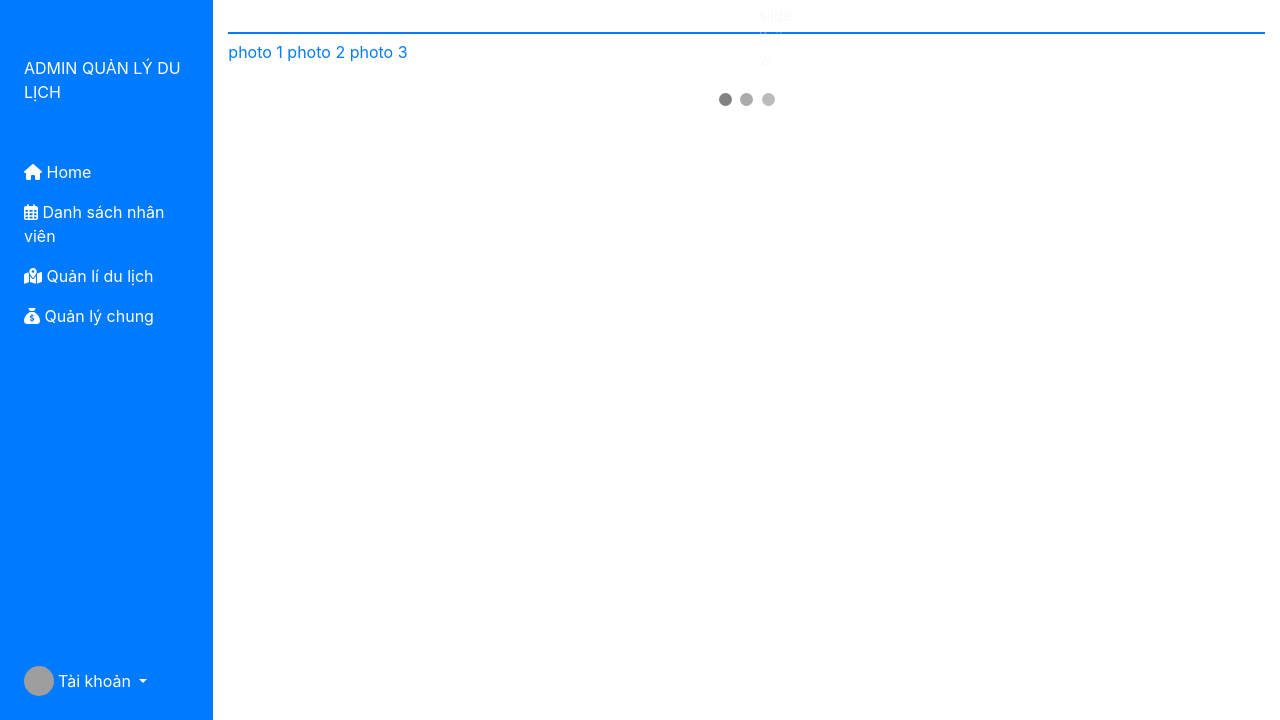
Repository: vantohuu/BOOKINGTOUR
Page: http://localhost/BOOKINGTOUR/WEB-INF/views/home/homeshow.jsp
These files come from the project's save history. The page is drawn as it stood at one moment and after the next save; the edit follows.
The browser window is 1280 px wide. The pictures show the whole page.
Pictures or frames that could not be fetched are drawn as grey boxes. Some web libraries are served in a nearby version. The page is served by Tomcat 9. Nobody is signed in. Other server files are loaded and not shown. The template is opened directly, without the code that normally fills it, so the values that code supplies are empty.

Above is the page before, as saved 2023-06-04 08:00:52.

### BOOKINGTOUR/src/main/webapp/WEB-INF/views/home/homeshow.jsp
<%@ page language="java" contentType="text/html; charset=UTF-8"
    pageEncoding="UTF-8"%>
        <%@ taglib uri="http://java.sun.com/jstl/core_rt" prefix="c"%>
<%@ taglib uri="http://java.sun.com/jstl/fmt_rt" prefix="f"%>
<!DOCTYPE html>
<html>

<head>

<meta charset="UTF-8">
<base href="${ pageContext.servletContext.contextPath}/">

<link rel="stylesheet"
	href="https://cdn.jsdelivr.net/npm/bootstrap@4.6.2/dist/css/bootstrap.min.css"
	integrity="sha384-xOolHFLEh07PJGoPkLv1IbcEPTNtaed2xpHsD9ESMhqIYd0nLMwNLD69Npy4HI+N"
	crossorigin="anonymous">

<link rel="stylesheet"
	href="https://cdnjs.cloudflare.com/ajax/libs/font-awesome/6.3.0/css/all.min.css"
	integrity="sha512-SzlrxWUlpfuzQ+pcUCosxcglQRNAq/DZjVsC0lE40xsADsfeQoEypE+enwcOiGjk/bSuGGKHEyjSoQ1zVisanQ=="
	crossorigin="anonymous" referrerpolicy="no-referrer" />

<script
	src="https://cdn.jsdelivr.net/npm/jquery@3.5.1/dist/jquery.slim.min.js"
	integrity="sha384-DfXdz2htPH0lsSSs5nCTpuj/zy4C+OGpamoFVy38MVBnE+IbbVYUew+OrCXaRkfj"
	crossorigin="anonymous"></script>
<script
	src="https://cdn.jsdelivr.net/npm/popper.js@1.16.1/dist/umd/popper.min.js"
	integrity="sha384-9/reFTGAW83EW2RDu2S0VKaIzap3H66lZH81PoYlFhbGU+6BZp6G7niu735Sk7lN"
	crossorigin="anonymous"></script>
<script
	src="https://cdn.jsdelivr.net/npm/bootstrap@4.6.2/dist/js/bootstrap.min.js"
	integrity="sha384-+sLIOodYLS7CIrQpBjl+C7nPvqq+FbNUBDunl/OZv93DB7Ln/533i8e/mZXLi/P+"
	crossorigin="anonymous"></script>
<title>Admin quản lý du lịch</title>
<style>
	img{
	max-height:500px;
	max-width:1200px
	}
</style>
 <style>
          * {
            box-sizing:border-box
          }
          h2 {
            text-align: center;
          }
          /* Slideshow container */
          .slideshow-container {
            max-width: 1200px;
            position: relative;
            margin: auto;
            max-heigth:500px;
          }
          /* Ẩn các slider */
          .mySlides {
              display: none;
          }
          /* Định dạng nội dung Caption */
          .text {
            color: #f2f2f2;
            font-size: 15px;
            padding: 8px 12px;
            position: absolute;
            bottom: 8px;
            width: 100%;
            text-align: center;
          }

          /* định dạng các chấm chuyển đổi các slide */
          .dot {
            cursor:pointer;
            height: 13px;
            width: 13px;
            margin: 0 2px;
            background-color: #bbb;
            border-radius: 50%;
            display: inline-block;
            transition: background-color 0.6s ease;
          }
          /* khi được hover, active đổi màu nền */
          .active, .dot:hover {
            background-color: #717171;
          }

          /* Thêm hiệu ứng khi chuyển đổi các slide */
          .fade {
            -webkit-animation-name: fade;
            -webkit-animation-duration: 3s;
            animation-name: fade;
            animation-duration: 3s;
          }

          @-webkit-keyframes fade {
            from {opacity: .4}
            to {opacity: 1}
          }

          @keyframes fade {
            from {opacity: .4}
            to {opacity: 1}
          }
        </style>
</head>
<body>
<div class="container-fluid">
		<div class="row flex-nowrap">
   <%@ include file="../includes/Navbarc1.jsp" %>
	 <div class="col py-3">

	<marquee style="border:#007bff 1px SOLID">${company.slogan }</marquee>
	<%-- <div class="col">
	<div class="row">
</div>
<div class="row">
<label for="recipient-name" class="col-form-label">${company.name }</label>
<label for="recipient-name" class="col-form-label">${company.slogan }</label>
<img src="${company.logo1}">
<img src="${company.logo2}">
<img src="${company.logo3}">
</div>
	<div class="row">
	</div>
	</div>


</div> --%>
<div     text-align: center;>
		<p style="
    display: inline;
"><a href="#"class="link-success link-offset-2 link-underline-opacity-25 link-underline-opacity-100-hover">photo 1</a></p>
		<p style="
    display: inline;
"><a href="#" class="link-success link-offset-2 link-underline-opacity-25 link-underline-opacity-100-hover">photo 2</a></p>
		<p style="
    display: inline;
"><a href="#" class="link-success link-offset-2 link-underline-opacity-25 link-underline-opacity-100-hover">photo 3</a></p>
        </div>
<div class="row">
<div class="slideshow-container">

        <div class="mySlides fade">
          <img src="${company.logo1}" style="width:100%">
          <div class="text">Nội dung caption của slide đầu tiên!</div>
        </div>

        <div class="mySlides fade">
          <img src="${company.logo2}" style="width:100%">
          <div class="text">Nội dung caption của slide thứ 2!</div>
        </div>

        <div class="mySlides fade">
          <img src="${company.logo3}" style="width:100%">
          <div class="text">Nội dung caption của slide thứ 3!</div>
        </div>
      </div>
      <br>
</div>
<div class="row">
      <div style="text-align:center;margin: auto;">
        <span class="dot" onclick="currentSlide(0)"></span>
        <span class="dot" onclick="currentSlide(1)"></span>
        <span class="dot" onclick="currentSlide(2)"></span>
      </div>
</div>
</div>
</div>


		</div>
    </body>
    <script>
      //khai báo biến slideIndex đại diện cho slide hiện tại
      var slideIndex;
      // KHai bào hàm hiển thị slide
      function showSlides() {
          var i;
          var slides = document.getElementsByClassName("mySlides");
          var dots = document.getElementsByClassName("dot");
          for (i = 0; i < slides.length; i++) {
             slides[i].style.display = "none";
          }
          for (i = 0; i < dots.length; i++) {
              dots[i].className = dots[i].className.replace(" active", "");
          }

          slides[slideIndex].style.display = "block";
          dots[slideIndex].className += " active";
          //chuyển đến slide tiếp theo
          slideIndex++;
          //nếu đang ở slide cuối cùng thì chuyển về slide đầu
          if (slideIndex > slides.length - 1) {
            slideIndex = 0
          }
          //tự động chuyển đổi slide sau 5s
          setTimeout(showSlides, 5000);
      }
      //mặc định hiển thị slide đầu tiên
      showSlides(slideIndex = 0);


      function currentSlide(n) {
        showSlides(slideIndex = n);
      }
    </script>
<script
		src="https://cdn.jsdelivr.net/npm/bootstrap@5.3.0-alpha1/dist/js/bootstrap.bundle.min.js"
		integrity="sha384-w76AqPfDkMBDXo30jS1Sgez6pr3x5MlQ1ZAGC+nuZB+EYdgRZgiwxhTBTkF7CXvN"
		crossorigin="anonymous"></script>
</html>

### BOOKINGTOUR/src/main/webapp/WEB-INF/views/includes/Navbarc1.jsp
<%@ page language="java" contentType="text/html; charset=UTF-8"
    pageEncoding="UTF-8"%>


        <div class="col-auto col-md-3 col-xl-2 px-sm-2 px-0t bg-primary">
            <div class="d-flex flex-column align-items-center align-items-sm-start px-3 pt-2 text-white min-vh-100 ">
                <a href="#" class="d-flex align-items-center pb-5 pt-5 mb-md-0 me-md-auto text-white text-decoration-none">
                    <span class="fs-5 d-none d-sm-inline">ADMIN QUẢN LÝ DU LỊCH</span>
                </a>
                <ul class="nav nav-pills flex-column mb-sm-auto mb-0 align-items-center align-items-sm-start " id="menu">
                    <li class="nav-item">
                        <a href="home.htm" class="nav-link text-white align-middle px-0">
                           <i class="fa-solid fa-house"></i>
                            <span class="ms-1 d-none d-sm-inline">Home</span>
                        </a>
                    </li>
                  <li><a href="danhsachnhanvien.htm"
							class="nav-link text-white px-0 align-middle">
							<i class="fa-regular fa-calendar-days"></i> <span
								class="ms-1 d-none d-sm-inline">Danh sách nhân viên</span>
						</a></li>
						     </li>
                 <!--  <li><button onclick="goHome()">Go to Intro Page</button></li> -->
                    <li>
                        <a href="#submenu2" data-bs-toggle="collapse" class="nav-link text-white px-0 align-middle ">
                            <i class="fa-solid fa-map-location-dot"></i>
                            <span class="ms-1 d-none d-sm-inline">Quản lí du lịch</span></a>
                        <ul class="collapse nav flex-column ms-1" id="submenu2" data-bs-parent="#menu">
                            <li class="w-100">
                                <a href="dsdattour.htm" class="nav-link text-white px-0"> <span class="d-none d-sm-inline">Danh sách đặt tour</span></a>
                            </li>
                            <li>
                                <a href="diemdulich.htm" class="nav-link text-white px-0"> <span class="d-none d-sm-inline">Điểm du lịch</span></a>
                            </li>
                               <li>
                                <a href="dsdiemluutru.htm" class="nav-link text-white px-0"> <span class="d-none d-sm-inline">Điểm lưu trú</span></a>
                            </li>
                            <li>
                                <a href="dsTour.htm" class="nav-link text-white px-0"> <span class="d-none d-sm-inline">Tour</span></a>
                            </li>
                        </ul>
                    </li>
                     <li>
                        <a href="#submenu3" data-bs-toggle="collapse" class="nav-link text-white px-0 align-middle ">
                           <i class="fa-solid fa-sack-dollar"></i>
                            <span class="ms-1 d-none d-sm-inline">Quản lý chung</span></a>
                        <ul class="collapse nav flex-column ms-1" id="submenu3" data-bs-parent="#menu">
                            <li class="w-100">
                                <a href="doanhthu.htm" class="nav-link text-white px-0"> <span class="d-none d-sm-inline">Doanh thu</span></a>
                            </li>

                            <li>
                                <a href="dskhachhang.htm" class="nav-link text-white px-0"> <span class="d-none d-sm-inline">Khách hàng</span></a>
                            </li>

                            <li>
                                <a href="dsdotkhuyenmai.htm" class="nav-link text-white px-0"> <span class="d-none d-sm-inline">Khuyến mãi</span></a>
                            </li>
                        </ul>
                    </li>

                <hr>
                </ul>


                <div class="dropdown pb-4">
                    <a href="#" class="d-flex align-items-center text-white text-decoration-none dropdown-toggle" id="dropdownUser1" data-bs-toggle="dropdown" aria-expanded="false">
                        <img src="https://github.com/mdo.png" alt="hugenerd" width="30" height="30" class="rounded-circle">
                        <span class="d-none d-sm-inline mx-1">Tài khoản</span>
                    </a>
                    <ul class="dropdown-menu dropdown-menu-dark text-small shadow">

                        <li><a class="dropdown-item" href="suattcanhan.htm">Chỉnh sửa thông tin cá nhân</a></li>
                        <li><a class="dropdown-item" href="doimatkhau.htm">Đổi mật khẩu</a></li>
                        <li>
                            <hr class="dropdown-divider">
                        </li>
                        <li><a class="dropdown-item" href="logout.htm">Đăng xuất</a></li>
                    </ul>
                </div>
            </div>
        </div>

     <script>
    /* function goHome() {
        window.location.href = "danhsachnhanvien.htm";
    } */
</script>

After the next save:
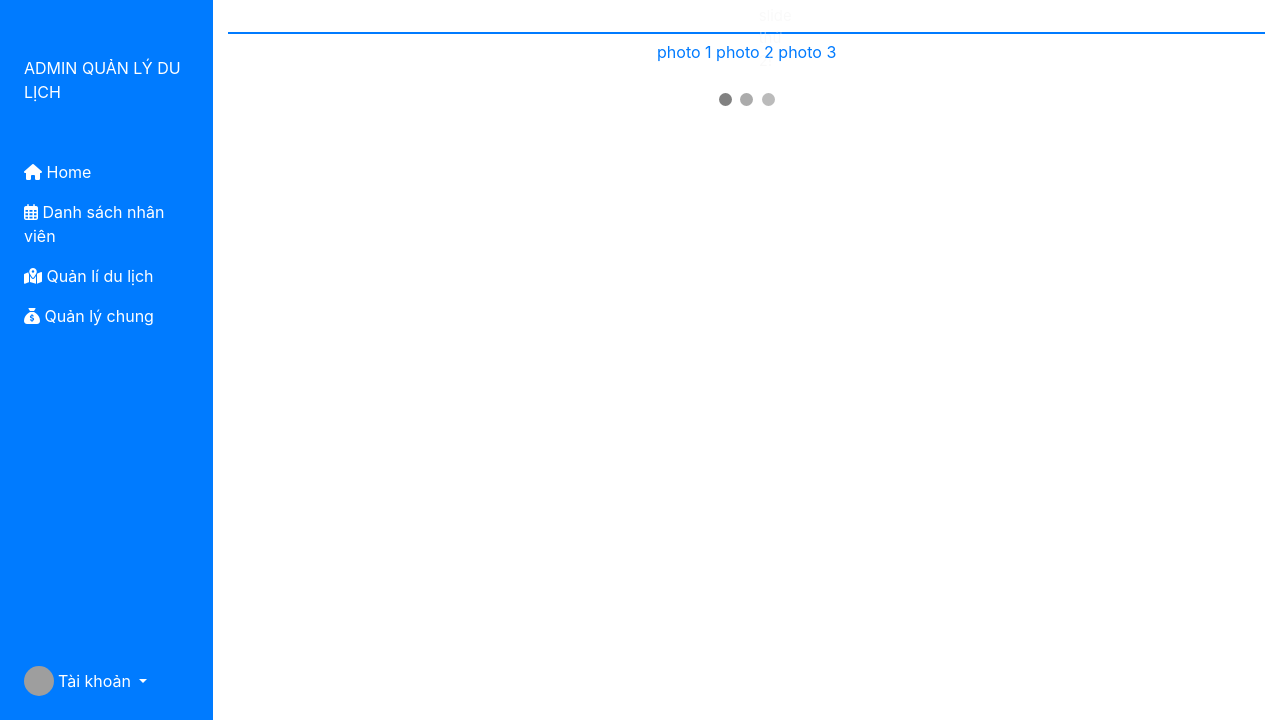
Saved 58 s later.
--- a/BOOKINGTOUR/src/main/webapp/WEB-INF/views/home/homeshow.jsp
+++ b/BOOKINGTOUR/src/main/webapp/WEB-INF/views/home/homeshow.jsp
@@ -126,7 +126,9 @@
 
 
 </div> --%>
-<div     text-align: center;>
+<div     style="
+    text-align: center;
+">
 		<p style="
     display: inline;
 "><a href="#"class="link-success link-offset-2 link-underline-opacity-25 link-underline-opacity-100-hover">photo 1</a></p>
